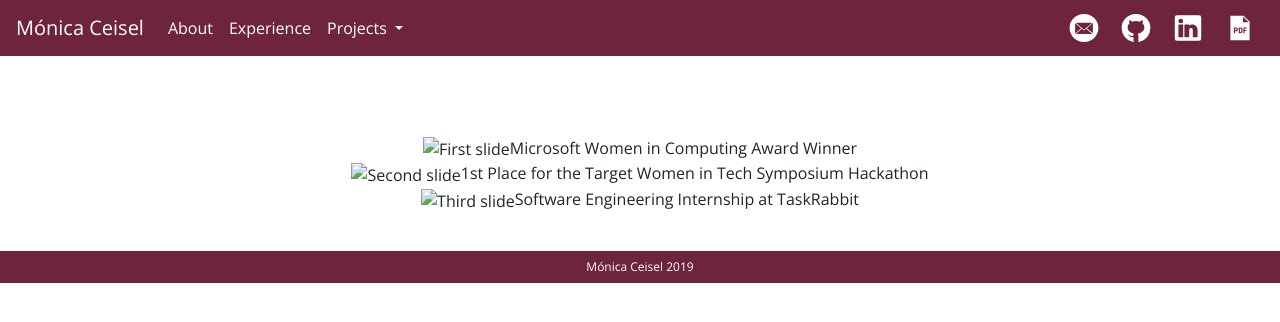
Repository: ceiselm/ceiselm.github.io
Page: subpages/design.html
These files come from the project's save history. The page is drawn as it stood at one moment and after the next save; the edit follows.
The browser window is 1280 px wide. The pictures show the whole page.

Above is the page before, as saved 2019-07-12 07:41:50.
Console error: TypeError: $(...).slick is not a function

After the next save:
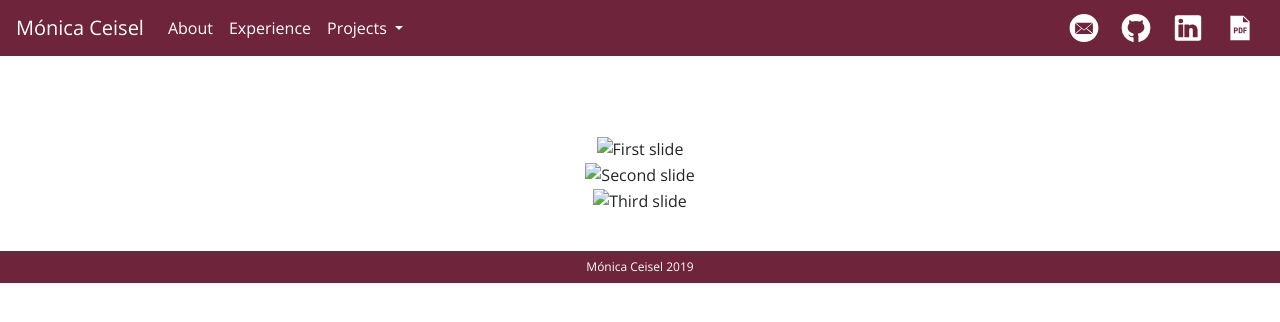
Saved 11 s later.
--- a/subpages/design.html
+++ b/subpages/design.html
@@ -81,12 +81,9 @@
                   <!-- <div class="wrapper"> -->
                   <div class="portion">
                     <div class="slides">
-                      <div><img class="slide-item" src="" alt="First slide">Microsoft Women in
-                        Computing Award Winner</div>
-                      <div><img class="slide-item" src="" alt="Second slide">1st Place for the
-                        Target Women in Tech Symposium Hackathon</div>
-                      <div><img class="slide-item" src="" alt="Third slide">Software
-                        Engineering Internship at TaskRabbit</div>
+                      <div><img class="slide-item" src="" alt="First slide"></div>
+                      <div><img class="slide-item" src="" alt="Second slide"></div>
+                      <div><img class="slide-item" src="" alt="Third slide"></div>
                     </div>
                   </div>
                 </div>
